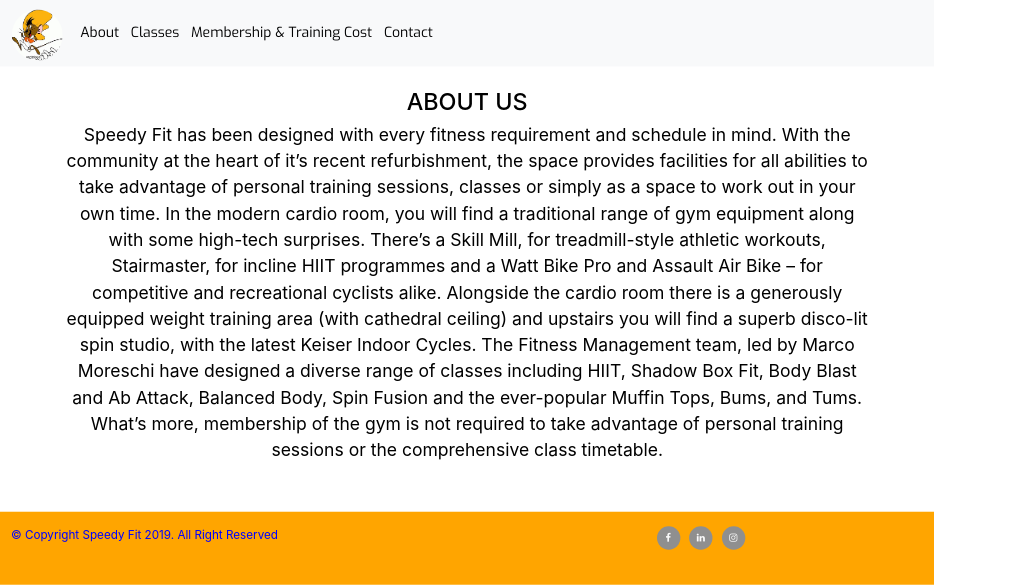
Repository: marcomoreschi/Milestrone-project
Page: index.html
The author's editor kept a record of every edit. The page is drawn from the files as they stood at one moment, then again after the next edit.
The browser window is 1280 px wide. The page is 1280 px wide, then 1406 px, so the pictures cover 1406 px, including what lies to the right of the window. The pictures show the whole page, at 73% of full size.
Some web libraries are served in a nearby version.

Above is the page before.

### index.html
<!DOCTYPE html>
<html lang="en">

<head>
    <meta charset="UTF-8">
    <meta name="viewport" content="width=device-width, initial-scale=1.0">
    <meta http-equiv="X-UA-Compatible" content="ie=edge">
    <link rel="stylesheet" href="https://maxcdn.bootstrapcdn.com/bootstrap/4.2.1/css/bootstrap.min.css" type="text/css" />
    <link rel="stylesheet" href="https://maxcdn.bootstrapcdn.com/font-awesome/4.7.0/css/font-awesome.min.css" type="text/css" />
    <link rel="stylesheet" href="https://cdnjs.cloudflare.com/ajax/libs/hover.css/2.1.1/css/hover-min.css" type="text/css" />
    <link rel="stylesheet" href="assets/css/style.css">
    <title>Speedy Fit</title>
</head>

<body>

    <header>

        <nav class="navbar navbar-expand-lg navbar-light bg-light">
            <a class="navbar-brand" href="index.html">
      <img src="assets/images/logo.jpg"></img>
        </a>
            <button class="navbar-toggler" type="button" data-toggle="collapse" data-target="#navbarNavDropdown" aria-controls="navbarNavDropdown" aria-expanded="false" aria-label="Toggle navigation">
    <span class="navbar-toggler-icon"></span>
  </button>
            <div class="collapse navbar-collapse" id="navbarNavDropdown">
                <ul class="navbar-nav">
                    <li class="nav-item active">
                        <a class="nav-link" href="index.html">About<span class="sr-only">(current)</span></a>
                    </li>
                    <li class="nav-item">
                        <a class="nav-link" href="classes.html">Classes</a>
                    </li>
                    <li class="nav-item">
                        <a class="nav-link" href="membership&trainingcost.html">Membership & Training Cost</a>
                    </li>
                    <li class="nav-item">
                        <a class="nav-link" href="contact.html">Contact</a>
                    </li>
                </ul>
            </div>
        </nav>

    </header>

    <section class="container about-us-section">

        <div class="row">

            <h2 class="col-sm-12">About Us</h2>

            <p class=col-sm-12> Speedy Fit has been designed with every fitness requirement and schedule in mind. With the community at the heart of it’s recent refurbishment, the space provides facilities for all abilities to take advantage of personal training sessions, classes
            or simply as a space to work out in your own time. In the modern cardio room, you will find a traditional range of gym equipment along with some high-tech surprises. There’s a Skill Mill, for treadmill-style athletic workouts, Stairmaster,
            for incline HIIT programmes and a Watt Bike Pro and Assault Air Bike – for competitive and recreational cyclists alike. Alongside the cardio room there is a generously equipped weight training area (with cathedral ceiling) and upstairs you
            will find a superb disco-lit spin studio, with the latest Keiser Indoor Cycles. The Fitness Management team, led by Marco Moreschi have designed a diverse range of classes including HIIT, Shadow Box Fit, Body Blast and Ab Attack, Balanced
            Body, Spin Fusion and the ever-popular Muffin Tops, Bums, and Tums. What’s more, membership of the gym is not required to take advantage of personal training sessions or the comprehensive class timetable.
            </p>

        </div>

    </section>

    <footer class="container-fluid ">
        <div id="footer-details " class="row ">
            <div class="col-sm-6 ">
                <p class="copyright">&#169; Copyright Speedy Fit 2019. All Right Reserved</p>
            </div>
            <div class="col-sm-6 ">
                <ul class="list-inline social-links ">
                    <li class="list-inline-item ">
                        <a target="_blank " href="# ">
                            <i class="fa fa-facebook " aria-hidden="true "></i>
                            <span class="sr-only ">Facebook</span>
                        </a>
                    </li>
                    <li class="list-inline-item ">
                        <a target="_blank " href="#">
                            <i class="fa fa-linkedin " aria-hidden="true "></i>
                            <span class="sr-only ">LinkedIn</span>
                        </a>
                    </li>
                    <li class="list-inline-item ">
                        <a target="_blank " href="# ">
                            <i class="fa fa-instagram " aria-hidden="true "></i>
                            <span class="sr-only ">Instagram</span>
                        </a>
                    </li>
                </ul>
            </div>
        </div>
    </footer>
<script src="https://code.jquery.com/jquery-3.3.1.slim.min.js" integrity="sha384-q8i/X+965DzO0rT7abK41JStQIAqVgRVzpbzo5smXKp4YfRvH+8abtTE1Pi6jizo" crossorigin="anonymous"></script>
<script src="https://cdnjs.cloudflare.com/ajax/libs/popper.js/1.14.6/umd/popper.min.js" integrity="sha384-wHAiFfRlMFy6i5SRaxvfOCifBUQy1xHdJ/yoi7FRNXMRBu5WHdZYu1hA6ZOblgut" crossorigin="anonymous"></script>
<script src="https://stackpath.bootstrapcdn.com/bootstrap/4.2.1/js/bootstrap.min.js" integrity="sha384-B0UglyR+jN6CkvvICOB2joaf5I4l3gm9GU6Hc1og6Ls7i6U/mkkaduKaBhlAXv9k" crossorigin="anonymous"></script>
</body>

</html>

### assets/css/style.css
@import url('https://fonts.googleapis.com/css?family=Roboto:100,200,300,400,500,600,700|Exo:100,200,300,400,500,600,700');


/* -----------------------------------------Heading */

.navbar {
    margin-bottom: 0;
    border: 0;
    background-color: black;
    text-align: center;
}

.navbar-brand {
    height: 75px;
}

.navbar-brand img {
    width: 70px;
    height: 70px;
    border-radius: 50%;
}

.nav-item a {
    font-size: 1.2em;
    font-family: 'Exo', sans-serif;
    color: black !important;
}

.navbar ul li a:hover {
    color: #ffa500 !important;
    transition: all 0.35s ease-in-out;
    -moz-transition: all 0.35s ease-in-out;
    -webkit-transition: all 0.35s ease-in-out;
    -o-transition: all 0.35s ease-in-out;
}

/* -----------------------------------------About */

.rope {
    width: 100%;
    height: 600px;
}

.container h2 {
    text-align: center;
    padding-top: 30px;
    color: #000;
    text-transform: uppercase;
}

.container p {
    text-align: center;
    padding-bottom: 50px;
    color: #000;
    font-size: 1.5em;
}
/* -----------------------------------------Contact Form */


.container-fluid h3 {
    text-transform: uppercase;
    font-weight: bold;
    text-align: center;
}
.contact-heading {
    font-family: "Exo", sans-serif;
    font-weight: 300;
    margin-top: 25px;
    margin-bottom: 20px;
}

.center-form {
    padding-top: 20px;
    margin: 0 auto;
    max-width: 70%;
}

button[type="submit"] {
    margin-top: 15px;
    margin-bottom: 20px;
    color: #fafafa;
    background-color: #ffa500;
}

/* create media queries so it look good on mobilephone */
@media(min-width: 992px) {
    .center-form {
        padding-top: 30px;
        min-height: 240px;
        margin: 0 auto;
        max-width: 50%;
    }
}

/* -----------------------------------------Footer */

footer {
    background-color: #ffa500;
    color: #fafafa;
    min-height: 100px;
    margin: 0;
}

.social-links {
    padding-top: 20px;
    text-align: center;
}

.social-links li a i {
    width: 32px;
    height: 32px;
    padding: 12px 0;
    border-radius: 50%;
    font-size: 13px;
    line-height: 7px;
    text-align: center;
    color: #fafafa;
    background: #8f8f8f;
    transition: all 0.35s ease-in-out;
    -moz-transition: all 0.35s ease-in-out;
    -webkit-transition: all 0.35s ease-in-out;
    -o-transition: all 0.35s ease-in-out;
}

.social-links li a i:hover {
    background: #e84610;
}

.copyright {
    color: blue;
    padding-top: 20px;
}

After the next edit:
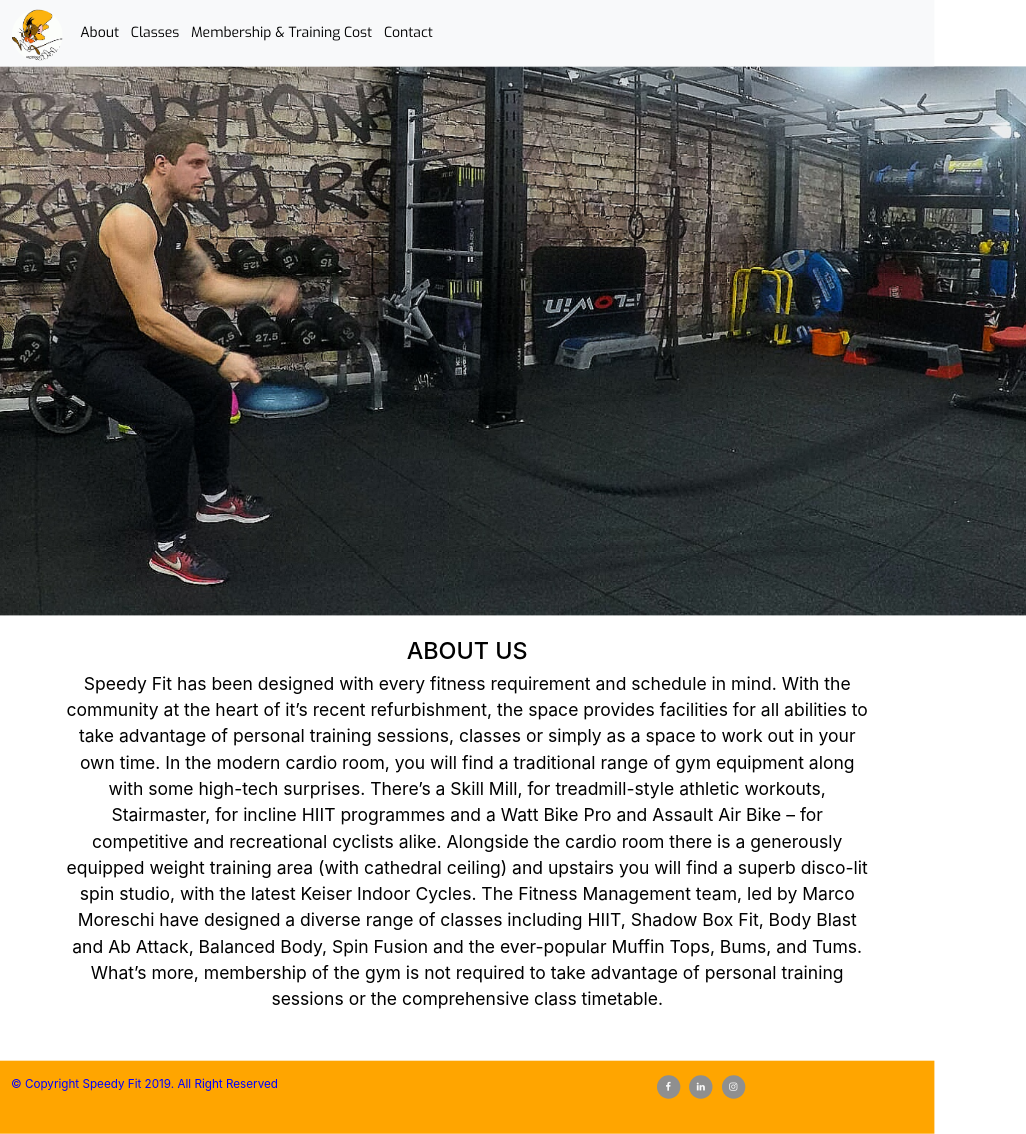
The edit:
--- a/index.html
+++ b/index.html
@@ -42,8 +42,8 @@
         </nav>
 
     </header>
-
-    <section class="container about-us-section">
+    <img src="assets/images/rope.jpg"></img>
+    <section class="container">
 
         <div class="row">
 
